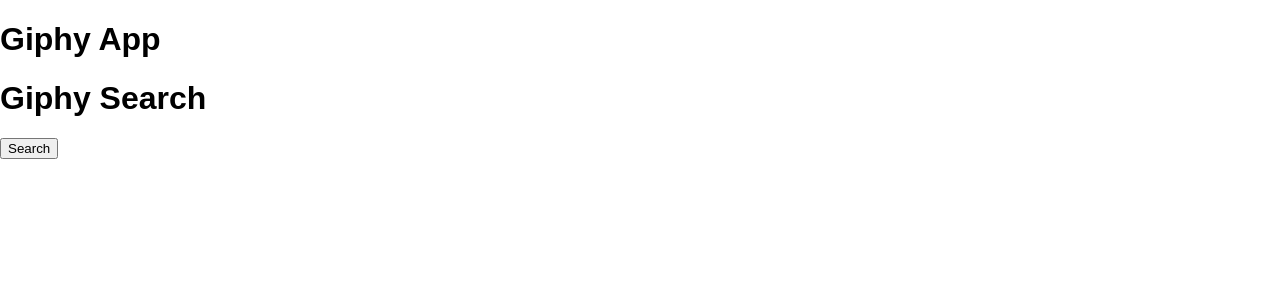
Repository: pithao/weekend-sql-to-do-react-2
Page: /
The author's editor kept a copy of each file at every save. The page is drawn from the files as they stood at one save, then again after the next save.
The browser window is 1280 px wide. The pictures show the whole page.
The project was rebuilt for these pictures with package versions that can differ from the ones it lists, and the page was loaded fresh each time. Also part of the build but not shown: vite.config.js.

Above is the page before, as saved 2024-12-05 18:34:22.

### index.html
<!DOCTYPE html>
<html lang="en">
  <head>
    <meta charset="utf-8">
    <meta name="viewport" content="width=device-width, initial-scale=1, shrink-to-fit=no">
    <meta name="theme-color" content="#000000">
    <!--
      manifest.json provides metadata used when your web app is added to the
      homescreen on Android. See https://developers.google.com/web/fundamentals/engage-and-retain/web-app-manifest/
    -->
    <link rel="manifest" href="/manifest.json">
    <link rel="shortcut icon" href="/favicon.ico">
    <!--
      Notice the use of  in the tags above.
      It will be replaced with the URL of the `public` folder during the build.
      Only files inside the `public` folder can be referenced from the HTML.

      Unlike "/favicon.ico" or "favicon.ico", "/favicon.ico" will
      work correctly both with client-side routing and a non-root public URL.
      Learn how to configure a non-root public URL by running `npm run build`.
    -->
    <title>React App</title>
  </head>
  <body>
    <noscript>
      You need to enable JavaScript to run this app.
    </noscript>
    <div id="root"></div>
    <!--
      This HTML file is a template.
      If you open it directly in the browser, you will see an empty page.

      You can add webfonts, meta tags, or analytics to this file.
      The build step will place the bundled scripts into the <body> tag.

      To begin the development, run `npm start` or `yarn start`.
      To create a production bundle, use `npm run build` or `yarn build`.
    -->



<script type="module" src="/src/index.jsx"></script>
  </body>
</html>

### src/components/App/App.jsx
import {useState, useEffect} from 'react';
import Search from '../Search/Search';

function App () {

  return (
    <div>
      <h1>Giphy App</h1>
      <Search />
    </div>
  );

}

export default App

### src/components/Search/Search.jsx
import {useState, useEffect} from 'react';
import axios from 'axios';


function Search () {

  const [ hook, setHool ] = useState('');

  return (
    <div>
      <h1>Giphy Search</h1>
      <imput type='text' placeholder='find this' />
      <button>Search</button>
    </div>
  );

}

export default Search

Loaded but not shown: src/index.jsx (common file); src/index.css (common file)

After the next save:
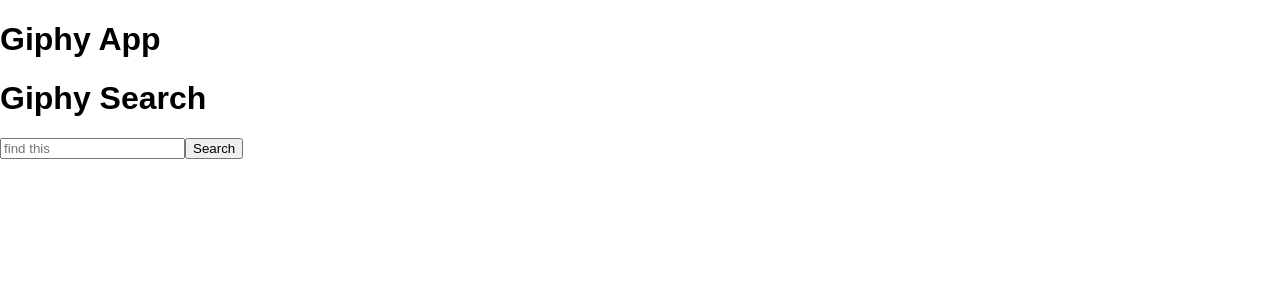
Saved 17 s later.
--- a/src/components/Search/Search.jsx
+++ b/src/components/Search/Search.jsx
@@ -9,7 +9,7 @@
   return (
     <div>
       <h1>Giphy Search</h1>
-      <imput type='text' placeholder='find this' />
+      <input type='text' placeholder='find this' />
       <button>Search</button>
     </div>
   );
